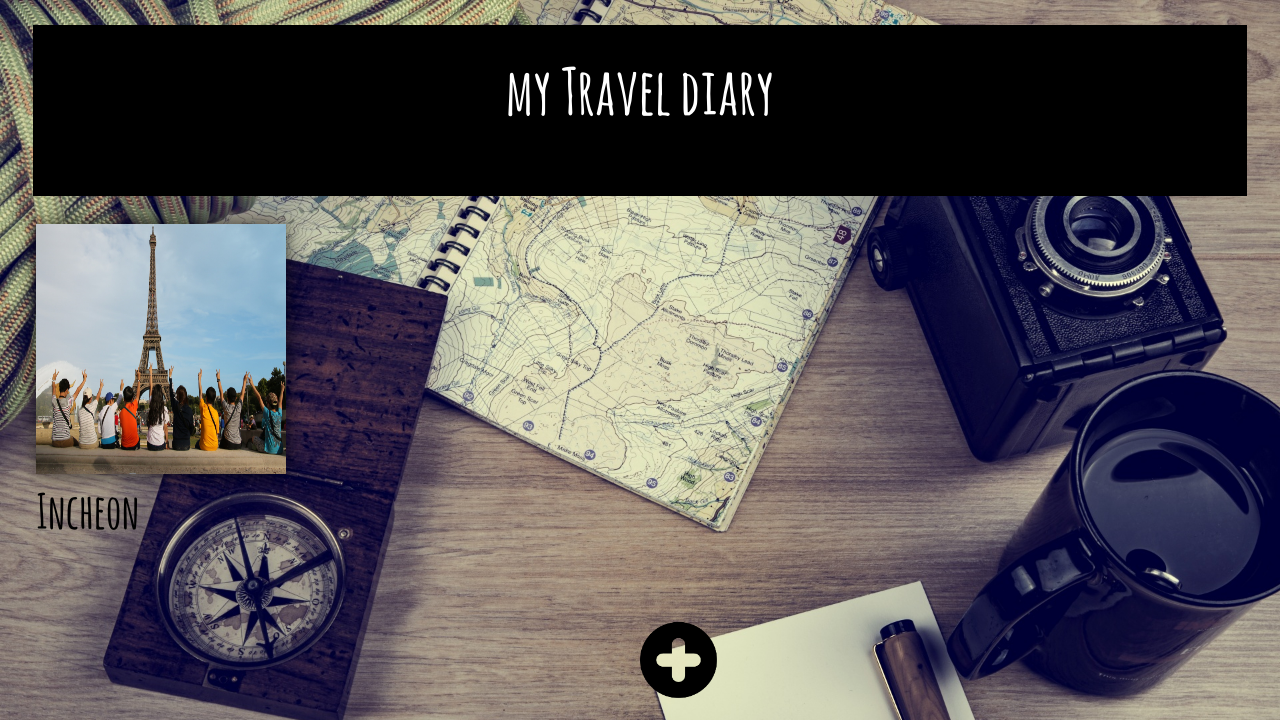
Repository: minkyung0421/jsp_travel_project
Page: http://localhost/Travel_Project/
An editor plug-in stored every save of this project. The page is shown before and after the next save, followed by the edit.
The browser window is 1280 px wide. The pictures show the whole page.
The page is served by Tomcat 9.

Above is the page before, as saved 2018-08-21 05:26:02.

After the next save:
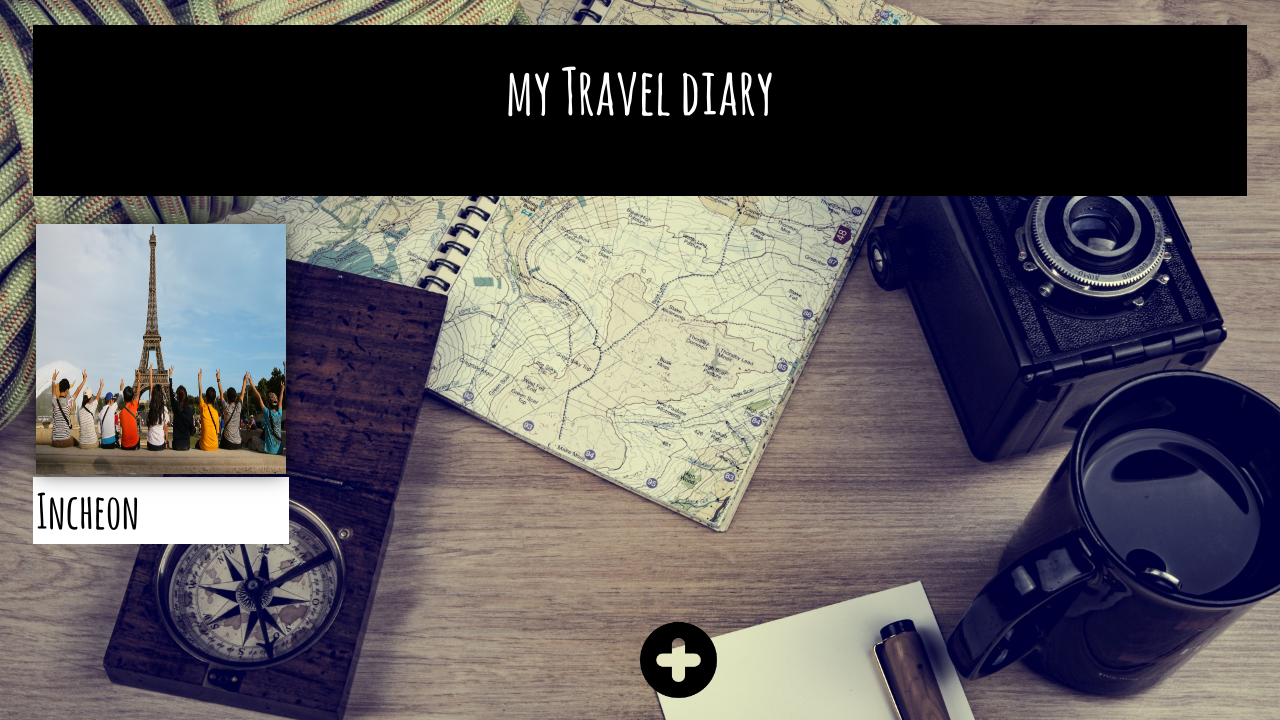
Saved 15 s later.
--- a/jsp_travel_project/Travel_Project/WebContent/index.jsp
+++ b/jsp_travel_project/Travel_Project/WebContent/index.jsp
@@ -85,7 +85,7 @@ table{
 </div>
 
 <div class="row">
-<span class="cell col1">Incheon</span>
+<span class="cell col1" style = "background-color: white;">Incheon</span>
 </div>
 </div>
 
